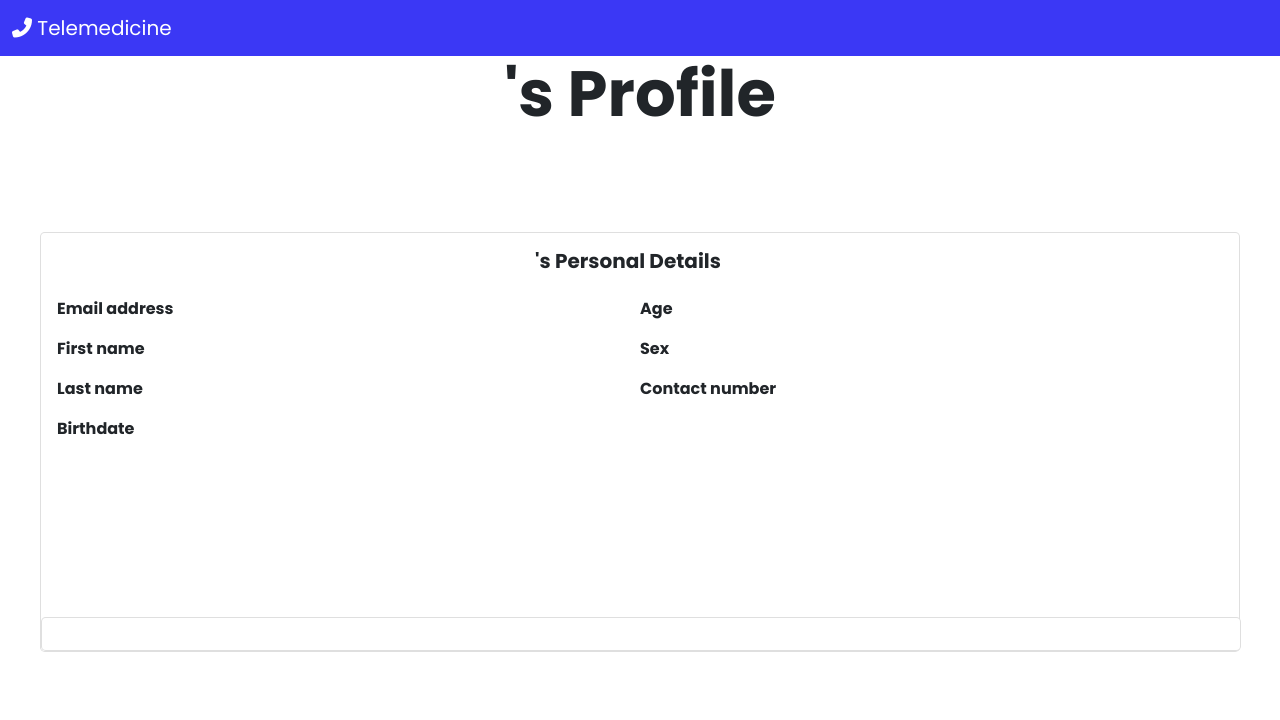
Repository: aragahan/HI-191
Page: main/templates/main/profile.html
The author's editor kept a copy of each file at every save. The page is drawn from the files as they stood at one save, then again after the next save.
The browser window is 1280 px wide. The pictures show the whole page.
Some web libraries are served in a nearby version. The template is drawn by Django 3.2. The application's start-up code is not run. Other server files are loaded and not shown. The template is opened directly, without the code that normally fills it, so the values that code supplies are empty.

Above is the page before, as saved 2022-06-17 14:43:22.

### main/templates/main/profile.html
{% extends 'main/base.html' %}

<!DOCTYPE html>
<html lang="en" class="h-100">
    {% load crispy_forms_tags %}

<head>
    <meta charset="UTF-8">
    <meta http-equiv="X-UA-Compatible" content="IE=edge">
    <meta name="viewport" content="width=device-width, initial-scale=1.0">
    <link href="https://cdn.jsdelivr.net/npm/bootstrap@5.1.3/dist/css/bootstrap.min.css" rel="stylesheet" integrity="sha384-1BmE4kWBq78iYhFldvKuhfTAU6auU8tT94WrHftjDbrCEXSU1oBoqyl2QvZ6jIW3" crossorigin="anonymous">
    <link rel="stylesheet" href="https://cdnjs.cloudflare.com/ajax/libs/font-awesome/6.1.1/css/all.min.css" integrity="sha512-KfkfwYDsLkIlwQp6LFnl8zNdLGxu9YAA1QvwINks4PhcElQSvqcyVLLD9aMhXd13uQjoXtEKNosOWaZqXgel0g==" crossorigin="anonymous" referrerpolicy="no-referrer" />
    <title>{% block title %}{% endblock title %}</title>
</head>

<body class="h-100">
    <div class="d-flex flex-column h-100">
        {% block navbar %}
            {% include 'main/navbar.html' %}
        {% endblock navbar %}
        {% block content %}

        <h1>{{profile.first_name}}'s Profile </h1>

        <br/>

        <div class="card rounded-3" style="width: 75rem; margin:auto;">
            <div class="card-body">
                <div class="row" >
                <div class="row" >
                    <h5 style="text-align:center;"><b>{{profile.first_name}} {{profile.last_name}}'s Personal Details</b></h5>
                    <br/>
                    <br/>
                    <div class="col">
                        <p><b> Email address </b><br> {{profile.email}}</p>
                    </div>

                    <div class="col">
                        <p><b> Age </b><br> {{profile.age}}</p>
                    </div>
                </div>

                <div class="row">
                    <div class="col">
                        <p><b> First name </b><br> {{profile.first_name}}</p>
                    </div>

                    <div class="col">
                        <p><b> Sex </b><br> {{profile.sex}}</p>
                    </div>
                </div>

                <div class="row">
                    <div class="col">
                        <p><b> Last name </b><br> {{profile.last_name}}</p>
                    </div>

                    <div class="col">
                        <p><b> Contact number </b><br> {{profile.contact_number}}</p>
                    </div>
                </div>

                <div class="row">
                    <div class="col">
                        <p><b> Birthdate </b><br> {{profile.birthdate}}</p>
                    </div>
                </div>
            </div>
        </div>

        <br/>
        <br/>
        <br/>

        {% if profile.role == "PA" %}
            <div class="card rounded-3" style="width: 75rem; margin:auto;">
                <div class="card-body">
                    <h5 style="text-align:center;"><b>{{profile.first_name}} {{profile.last_name}}'s Documents</b></h5>
                    <br/>
                    <br/>
                <div class = "row" style="text-align:center;">
                    <div class = "col">
                        <h5><b>File Name</b></h5>
                    </div>
                    <div class = "col">
                        <h5><b>Download Link</b></h5>
                    </div>
                </div>
                {% for d in profile.patient.documents.all %}
                    <div class="row" style="text-align:center;">
                        <div class="col">
                            <p>{{d.file}}</p>
                        </div>

                        <div class = "col">
                            <a href="{{d.file.url}}" target="_blank">Download document</a>
                        </div>
                    </div>
                {% empty %}
                    <p style="text-align: center;">No documents uploaded.</p>
                {% endfor %}
                </div>
            </div>

            <br/>
            <br/>
            <br/>

            <div class="card rounded-3" style="width: 75rem; margin:auto;">
                <div class="card-body">
                    <h5 style="text-align:center;"><b>{{profile.first_name}} {{profile.last_name}}'s Prescriptions</b></h5>
                    <br/>
                    <br/>
                    <div class = "row" style="text-align:center;">
                        <div class = "col">
                            <h5><b>File Name</b></h5>
                        </div>
                        <div class = "col">
                            <h5><b>Download Link</b></h5>
                        </div>
                    </div>
                    {% for p in profile.patient.prescription.all %}
                        <div class="row" style="text-align:center;">
                            <div class="col">
                                <p>{{p.file}}</p>
                            </div>
                            <div class = "col">
                                <a href="{{p.file.url}}" target="_blank">Download prescription</a>
                            </div>
                        </div>

                    {% empty %}
                        <p style="text-align: center;">No prescriptions uploaded.</p>
                    {% endfor %}
                </div>
            </div>
        {% endif %}

        <br/>
        <br/>
        <br/>

        <div class="card rounded-3" style="width: 75rem; margin: auto;">
            <div class="card-body">
                {% if profile.role == "PA" %}
                    <h5>Document Upload</h5>
                    <br/>
                    <form method = "POST" action = "" enctype="multipart/form-data">
                        {% csrf_token %}
                        {{dform.file | as_crispy_field}}
                        <input type = "Submit" value="Submit" name="dform">
                    </form>
                {% elif profile.role == "PH" %}
                    <h5>Edit Details</h5>
                    <br/>
                    <form method = "POST" action = "">
                        {% csrf_token %}
                        {{pform.specialization | as_crispy_field}}
                        {{pform.hospital_affiliation | as_crispy_field}}
                        <input type = "Submit" value="Submit" name="pform">
                    </form>
                {% endif %}
            </div>
        </div>

        {% endblock content %}
    </div>
</body>
</html>

### main/templates/main/base.html
{% load static %}
<!DOCTYPE html>
<html lang="en" class="h-100">
<head>
    <meta charset="UTF-8">
    <meta http-equiv="X-UA-Compatible" content="IE=edge">
    <meta name="viewport" content="width=device-width, initial-scale=1.0">
    <link href="https://cdn.jsdelivr.net/npm/bootstrap@5.1.3/dist/css/bootstrap.min.css" rel="stylesheet" integrity="sha384-1BmE4kWBq78iYhFldvKuhfTAU6auU8tT94WrHftjDbrCEXSU1oBoqyl2QvZ6jIW3" crossorigin="anonymous">
    <link rel="stylesheet" href="https://cdnjs.cloudflare.com/ajax/libs/font-awesome/6.1.1/css/all.min.css" integrity="sha512-KfkfwYDsLkIlwQp6LFnl8zNdLGxu9YAA1QvwINks4PhcElQSvqcyVLLD9aMhXd13uQjoXtEKNosOWaZqXgel0g==" crossorigin="anonymous" referrerpolicy="no-referrer" />

    <!-- CSS -->
    <link rel="stylesheet" href="{% static 'css/style.css' %}">

    <title>{% block title %}{% endblock title %}</title>
</head>
<body class="h-100">
    <div class="d-flex flex-column h-100">
        {% block navbar %}
            {% include 'main/navbar.html' %}
        {% endblock navbar %}
        {% block content %}{% endblock content %}
    </div>
</body>
</html>

### main/templates/main/navbar.html
<nav class="navbar navbar-expand-lg navbar-dark" style="background-color: #3b38f5;">
    <div class="container-fluid">
        <a class="navbar-brand" href="#">
        <i class="fa-solid fa-phone-flip"></i>
        Telemedicine
        </a>
        {% if not request.user.is_authenticated %}
        {% else %}
        <button class="navbar-toggler" type="button" data-bs-toggle="collapse" data-bs-target="#navbarSupportedContent"
            aria-controls="navbarSupportedContent" aria-expanded="false" aria-label="Toggle navigation">
        <span class="navbar-toggler-icon"></span>
        </button>
        <div class="collapse navbar-collapse" id="navbarSupportedContent">
			{% if request.user.role == "SA" %}
            <ul class="navbar-nav me-auto mb-2 mb-lg-0">
                <li class="nav-item">
					<a class="nav-link {% if request.resolver_match.view_name == 'account_requests' %}active{% endif %}" aria-current="page" href="{% url 'account_requests' %}">Account Requests</a>
                </li>
                <li class="nav-item">
                    <a class="nav-link {% if request.resolver_match.view_name == 'accounts' %}active{% endif %}" href="{% url 'accounts' %}">Accounts</a>
                </li>
                <li class="nav-item">
                    <a class="nav-link active" aria-current="page" href="{% url 'logout' %}"> Logout </a>
                </li>
            </ul>
			{% else %}
            <ul class="navbar-nav me-auto mb-2 mb-lg-0">
                <li class="nav-item">
                    {% if user.role == "SA" %}
                    <a class="nav-link active" aria-current="page" href="{% url 'account_requests' %}">Home</a>
                    {% elif user.role == "PH" %}
                    <a class="nav-link active" aria-current="page" href="{% url 'all_patients' %}">Home</a>
                    {% elif user.role == "PA" %}
                    <a class="nav-link active" aria-current="page" href="{% url 'all_doctors' %}">Home</a>
                    {% else %}
                    <a class="nav-link active" aria-current="page" href="#">Home</a>
                    {% endif %}
                </li>

                <li class="nav-item">
                    <a class="nav-link" href="{% url 'profile_page' %}">Profile</a>
                </li>

                <li class="nav-item dropdown">
                    <a class="nav-link dropdown-toggle" href="#" id="navbarDropdown" role="button" data-bs-toggle="dropdown"
                        aria-expanded="false">
                    Dropdown
                    </a>
                    <ul class="dropdown-menu" aria-labelledby="navbarDropdown">
                        <li><a class="dropdown-item" href="#">Action</a></li>
                        <li><a class="dropdown-item" href="#">Another action</a></li>
                        <li>
                            <hr class="dropdown-divider">
                        </li>
                        <li><a class="dropdown-item" href="#">Something else here</a></li>
                    </ul>
                </li>
                <li class="nav-item">
                    <a class="nav-link disabled">Disabled</a>
                </li>
                <li class="nav-item">
                    <a class="nav-link active" aria-current="page" href="{% url 'logout' %}"> Logout </a>
                </li>
            </ul>
			{% endif %}
        </div>
    </div>
    {% endif %}
</nav>

### main/static/css/style.css
/* Poppins Font
font-family: 'Poppins'
*/

@import url('https://fonts.googleapis.com/css?family=Poppins:ital,wght@0,300;0,400;0,700;0,900;1,300;1,700;1,900&display=swap');

:root {
    /*--upmaroon: #7B1113;*/
    --blue: #3b38f5;
}

html {
    scroll-behavior: smooth;
}


body {
    font-family: 'Poppins';
}

h1 {
    font-size: 64px;
    font-weight: bold;
    text-align: center;
}

h2 {
    font-size: 40.32px;
}

h3 {
    font-size: 25.4px; font-weight: bold;
}

p {
    font-size: 16px;
}

table {
font-family: arial, sans-serif;
border-collapse: collapse;
width: 100%;
}

td, th {
border: 1px solid #dddddd;
text-align: left;
padding: 8px;
}

tr:nth-child(even) {
background-color: #dddddd;
}

After the next save:
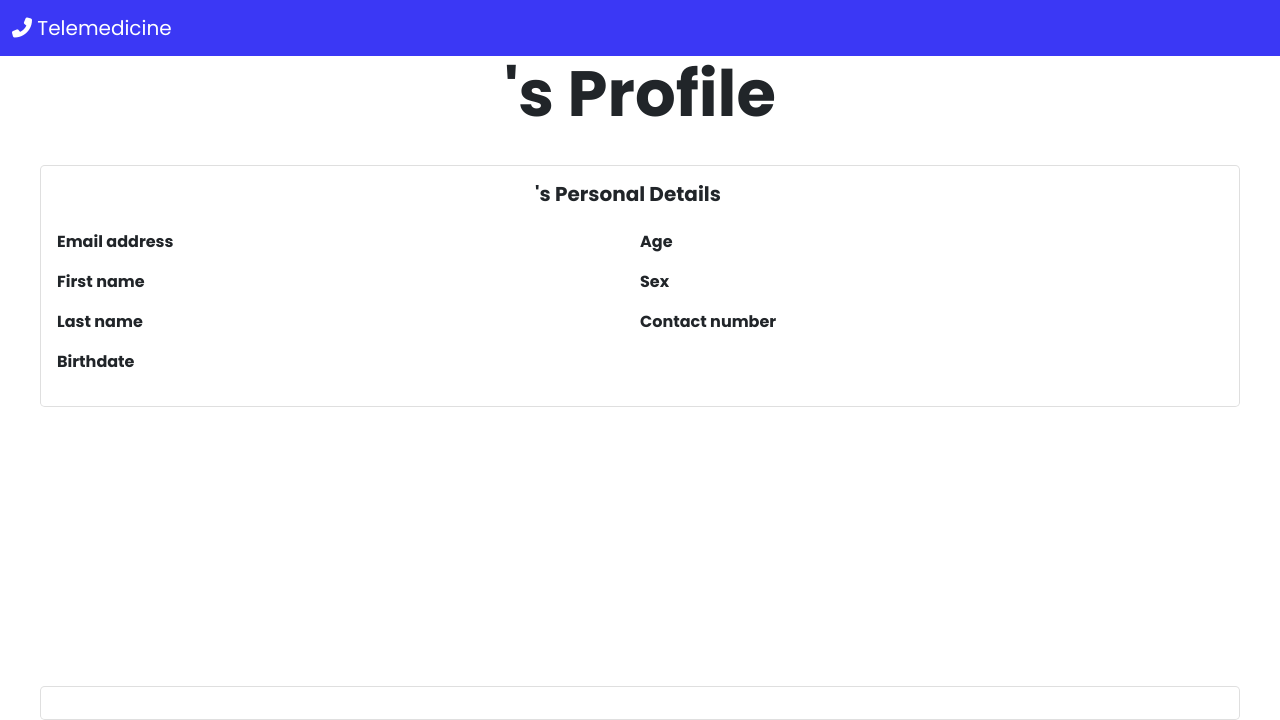
Saved 47 s later.
--- a/main/templates/main/profile.html
+++ b/main/templates/main/profile.html
@@ -67,7 +67,8 @@
                 </div>
             </div>
         </div>
-
+    </div>
+    <div class="d-flex flex-column h-100"></div>
         <br/>
         <br/>
         <br/>
